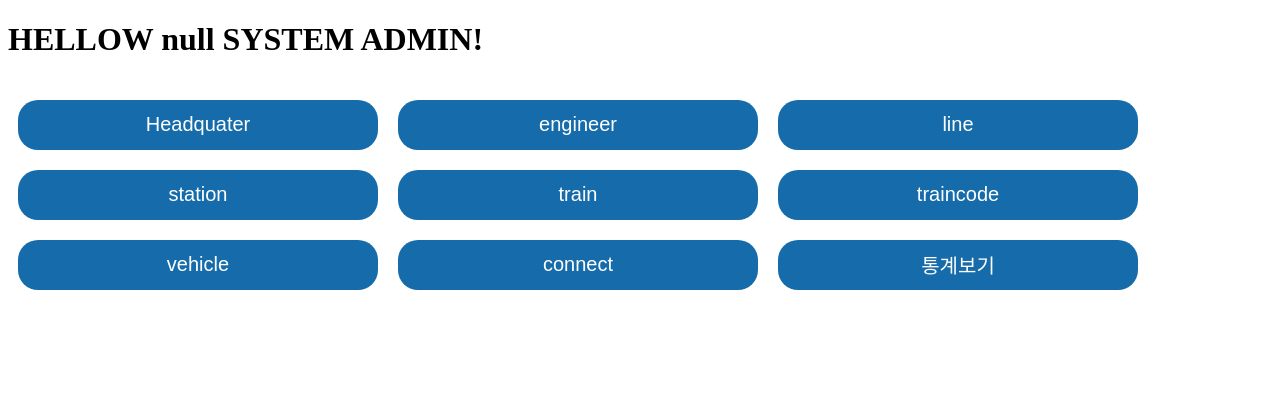
Repository: CISXO/JSP
Page: http://localhost/DB_Project/Sys_admin.jsp
The author's editor kept a copy of each file at every save. The page is drawn from the files as they stood at one save, then again after the next save.
The browser window is 1280 px wide. The pictures show the whole page.
The page is served by Tomcat 9.

Above is the page before, as saved 2022-12-21 22:21:00.

### DbProject/DB_Project/src/main/webapp/Sys_admin.jsp
<%@ page language="java" contentType="text/html; charset=EUC-KR"
    pageEncoding="EUC-KR"%>
<!DOCTYPE html>
<html>
<head>
<meta charset="EUC-KR">
<title>Insert title here</title>
<style type="text/css">
.loginButtonL{
float:left;
}

.loginButtonR{
float:left;

}
#loginButton{
width: 360px;
    height: 50px;
    margin: 0px 10px;
    color: #fff;
    background: #166caa;
    border: none;
    border-radius: 20px;
    font-size: 20px;
    cursor: pointer;
    margin-top:20px;
}


</style>
</head>
<body>
<%
String user_name = (String) session.getAttribute("user_name"); %>
<h1>HELLOW <%=user_name%> SYSTEM ADMIN!</h1>

            <div class="loginButtonL">
                <a href="DB/Headquarter.jsp"><button id="loginButton" type="button">Headquater</button></a>
            </div>
            <div class="loginButtonL">
                <a href="DB/Engineer.jsp"><button id="loginButton" type="button">engineer</button></a>
            </div>
            <div class="loginButtonL">
                <a href="DB/line.jsp"><button id="loginButton" type="button">line</button></a>
            </div>
            <div class="loginButtonL">
                <a href="DB/station.jsp"><button id="loginButton" type="button">station</button></a>
            </div>
            <div class="loginButtonL">
                <a href="DB/train.jsp"><button id="loginButton" type="button">train</button></a>
            </div>
            <div class="loginButtonR">
                <a href="DB/traincode.jsp"><button id="loginButton" type="button">traincode</button></a>
            </div>
            <div class="loginButtonR">
                <a href="DB/vehicle.jsp"><button id="loginButton" type="button">vehicle</button></a>
            </div>
            <div class="loginButtonR">
                <a href="DB/connect.jsp"><button id="loginButton" type="button">connect</button></a>
            </div>
            <div class="loginButtonR">
                <a href="db_stats.jsp"><button id="loginButton" type="button">통계보기</button></a>
            </div>

</body>
</html>

After the next save:
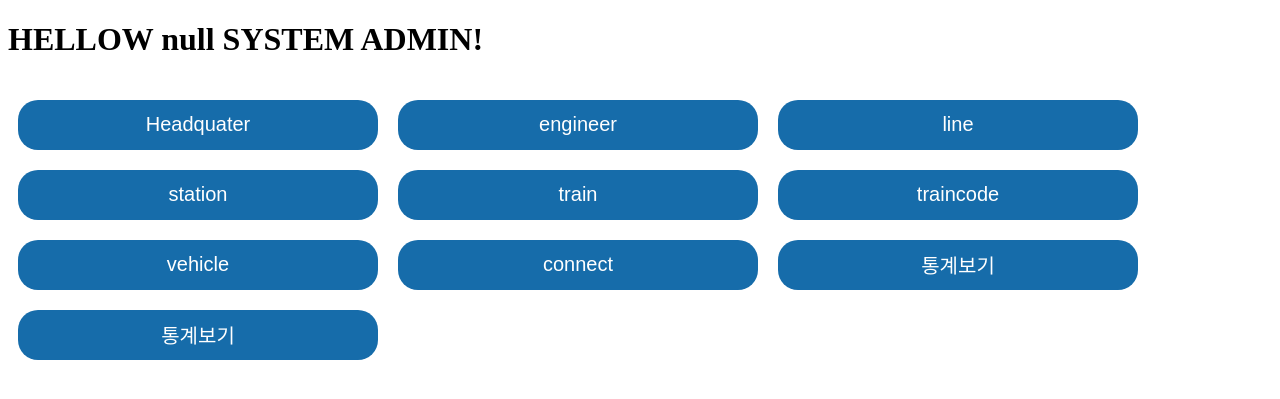
Saved 46 s later.
--- a/DbProject/DB_Project/src/main/webapp/Sys_admin.jsp
+++ b/DbProject/DB_Project/src/main/webapp/Sys_admin.jsp
@@ -62,6 +62,9 @@ String user_name = (String) session.getAttribute("user_name"); %>
             <div class="loginButtonR">
                 <a href="db_stats.jsp"><button id="loginButton" type="button">통계보기</button></a>
             </div>
+            <div class="loginButtonR">
+                <a href="Search.jsp"><button id="loginButton" type="button">통계보기</button></a>
+            </div>
 
 </body>
 </html>
